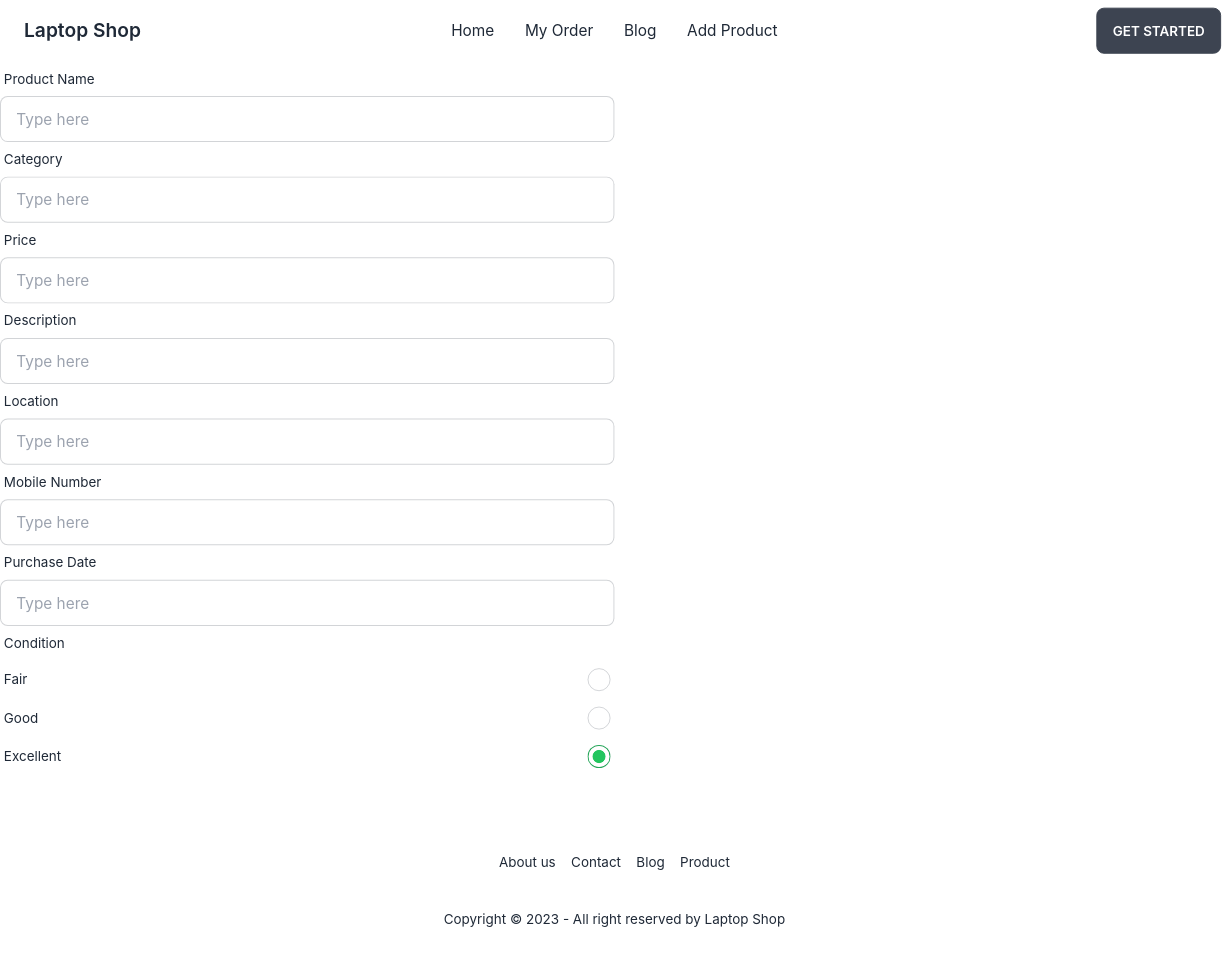
Repository: mdsajib50/E-commerce
Page: /add-product
An editor plug-in stored every save of this project. The page is shown before and after the next save, followed by the edit.
The browser window is 1280 px wide. The pictures show the whole page, at 96% of full size.
The project was rebuilt for these pictures with package versions that can differ from the ones it lists, and the page was loaded fresh each time. Also part of the build but not shown: src/Pages/Home/Banner/Banner.js, src/Pages/Home/Product/ProductCard.js, src/Pages/Home/Product/Product.js, src/Pages/Home/Home/Home.js.

Above is the page before, as saved 2023-01-11 23:14:17.

### src/App.js
import logo from './logo.svg';
import './App.css';
import { RouterProvider } from 'react-router';
import router from './Routes/Router';

function App() {
  return (
    <div className="App">
        <RouterProvider router={router}></RouterProvider>
    </div>
  );
}

export default App;

### src/Routes/Router.js
import React from 'react';
import { createBrowserRouter } from 'react-router-dom';
import Main from '../Layout/Main/Main';
import AddProduct from '../Pages/AddProduct/AddProduct';
import Home from '../Pages/Home/Home/Home';

const router = createBrowserRouter([
    {
        path: '/',
        element: <Main></Main>,
        children:[
            {
                path:'/',
                element:<Home></Home>
            },
            {
                path:'/home',
                element:<Home></Home>
            },
            {
                path: '/add-product',
                element: <AddProduct></AddProduct>
            }
        ]
    }
])

export default router;

### src/Layout/Main/Main.js
import React from 'react';
import { Outlet } from 'react-router';
import Footer from '../../Pages/Shared/Footer/Footer';
import Header from '../../Pages/Shared/Header/Header';

const Main = () => {
    return (
        <div>
            <Header></Header>
            <Outlet></Outlet>
            <Footer></Footer>
        </div>
    );
};

export default Main;

### src/Pages/AddProduct/AddProduct.js
import React from 'react';

const AddProduct = () => {
    return (
        <div className=''>
           <div className='grid grid-cols-1 text-center lg:grid-cols-2 items-center justify-center'>
                <form>
                    <div className="form-control">
                        <label className="label">
                            <span className="label-text">Product Name</span>
                        </label>
                        <input type="text" name='product_name' placeholder="Type here" className="input input-bordered" />
                    </div>
                    <div className="form-control">
                        <label className="label">
                            <span className="label-text">Category</span>
                        </label>
                        <input type="text" name='category' placeholder="Type here" className="input input-bordered" />
                    </div>
                    <div className="form-control">
                        <label className="label">
                            <span className="label-text">Price</span>
                        </label>
                        <input type="text" name='price' placeholder="Type here" className="input input-bordered" />
                    </div>
                    <div className="form-control">
                        <label className="label">
                            <span className="label-text">Description</span>
                        </label>
                        <input type="text" name='description' placeholder="Type here" className="input input-bordered" />
                    </div>
                    <div className="form-control">
                        <label className="label">
                            <span className="label-text">Location</span>
                        </label>
                        <input type="text" name='location' placeholder="Type here" className="input input-bordered" />
                    </div>
                    <div className="form-control">
                        <label className="label">
                            <span className="label-text">Mobile Number</span>
                        </label>
                        <input type="text" name='mobile' placeholder="Type here" className="input input-bordered" />
                    </div>
                    <div className="form-control">
                        <label className="label">
                            <span className="label-text">Purchase Date </span>
                        </label>
                        <input type="text" name='date' placeholder="Type here" className="input input-bordered" />
                    </div>
                    <div className="form-control rounded-xl">
                    <label className="label">
                            <span className="label-text">Condition </span>
                        </label>
                        <div className="form-control">
                            <label className="label cursor-pointer">
                                <span className="label-text">Fair</span>
                                <input type="radio" value='fair' name="condition" className="radio checked:bg-red-500" checked />
                            </label>
                            </div>
                            <div className="form-control">
                            <label className="label cursor-pointer">
                                <span className="label-text">Good</span>
                                <input type="radio" value='good' name="condition" className="radio checked:bg-blue-500" checked />
                            </label>
                        </div>
                            <div className="form-control">
                            <label className="label cursor-pointer">
                                <span className="label-text">Excellent</span>
                                <input type="radio" value='excellent' name="condition" className="radio checked:bg-green-500" checked />
                            </label>
                        </div>
                    </div>
                    </form>
           </div>
        </div>
    );
};

export default AddProduct;

### src/Pages/Shared/Footer/Footer.js
import React from 'react';

const Footer = () => {
    return (
        <footer className="footer footer-center p-10 text-base-content rounded mt-10">
            <div className="grid grid-flow-col gap-4">
                <a className="link link-hover">About us</a>
                <a className="link link-hover">Contact</a>
                <a className="link link-hover">Blog</a>
                <a className="link link-hover">Product</a>
            </div>
            <div>
                <p>Copyright © 2023 - All right reserved by Laptop Shop</p>
            </div>
</footer>
    );
};

export default Footer;

### src/Pages/Shared/Header/Header.js
import React from 'react';
import { Link } from 'react-router-dom';

const Header = () => {
    return (
        <div className="navbar bg-base-100">
        <div className="navbar-start">
            <div className="dropdown">
            <label tabIndex={0} className="btn btn-ghost lg:hidden">
                <svg xmlns="http://www.w3.org/2000/svg" className="h-5 w-5" fill="none" viewBox="0 0 24 24" stroke="currentColor"><path strokeLinecap="round" strokeLinejoin="round" strokeWidth="2" d="M4 6h16M4 12h8m-8 6h16" /></svg>
            </label>
            <ul tabIndex={0} className="menu menu-compact dropdown-content mt-3 p-2 shadow bg-base-100 rounded-box w-52">
                <li><Link to='/home'>Home</Link></li>
                <li><Link to='/myorder'>My Order</Link></li>
                <li><Link to='/blog'>Blog</Link></li>
                <li><Link to='/add-product'>Add A Product</Link></li>
            </ul>
            </div>
            <a className="btn btn-ghost normal-case text-xl">Laptop Shop</a>
        </div>
        <div className="navbar-center hidden lg:flex">
            <ul className="menu menu-horizontal px-1">
                <li><Link to='/home'>Home</Link></li>
                <li><Link to='/myorder'>My Order</Link></li>
                <li><Link to='/blog'>Blog</Link></li>
                <li><Link to='/add-product'>Add Product</Link></li>
            </ul>
        </div>
        <div className="navbar-end">
            <a className="btn">Get started</a>
        </div>
</div>
    );
};

export default Header;

Loaded but not shown: src/index.js (common file); src/index.css (common file); src/reportWebVitals.js (common file); src/App.css (common file); tailwind.config.js (common file)

After the next save:
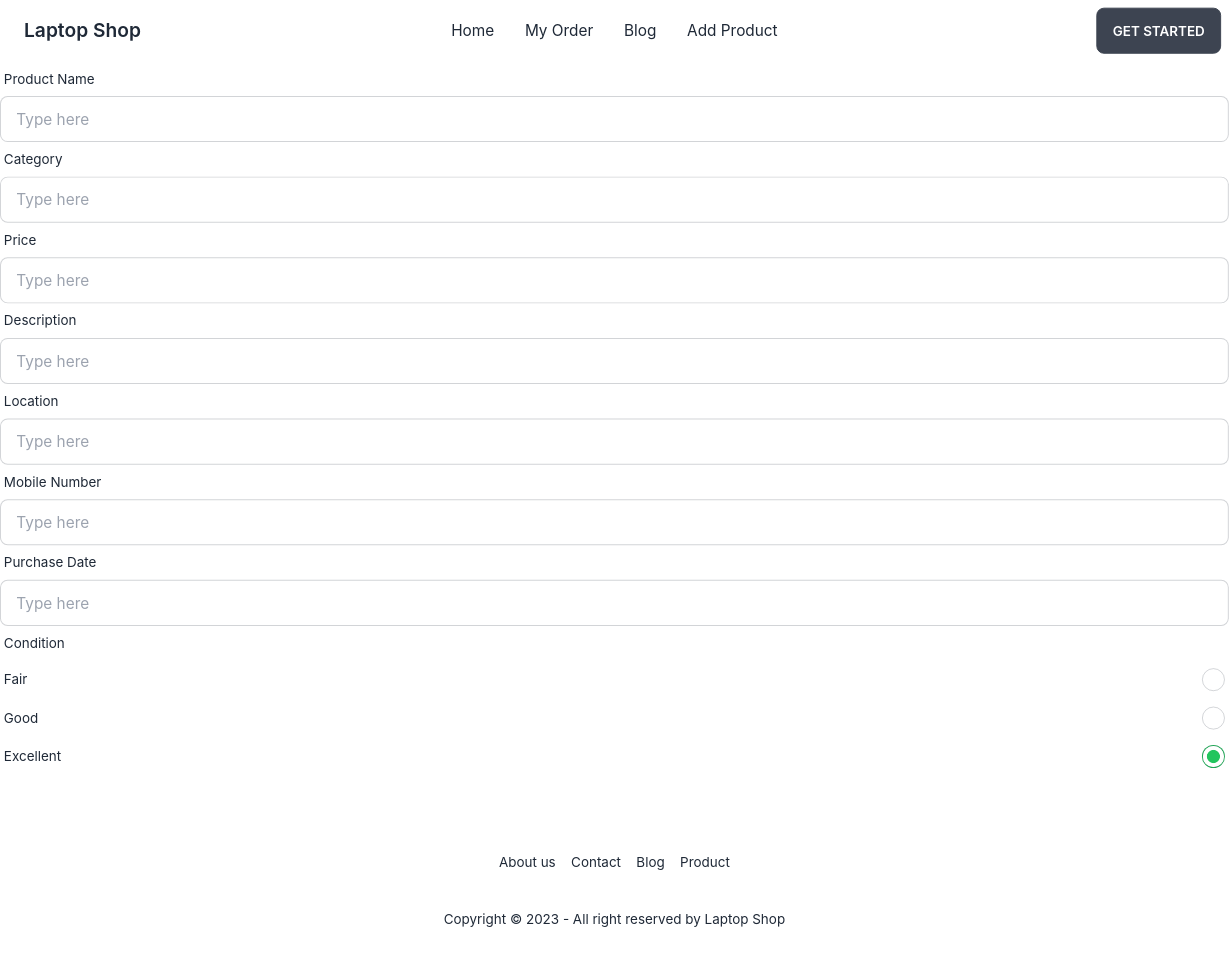
Saved 33 s later.
--- a/src/Pages/AddProduct/AddProduct.js
+++ b/src/Pages/AddProduct/AddProduct.js
@@ -3,7 +3,7 @@
 const AddProduct = () => {
     return (
         <div className=''>
-           <div className='grid grid-cols-1 text-center lg:grid-cols-2 items-center justify-center'>
+           <div className=' text-center lg:grid-cols-2 items-center justify-center'>
                 <form>
                     <div className="form-control">
                         <label className="label">

After the 5 saves that followed:
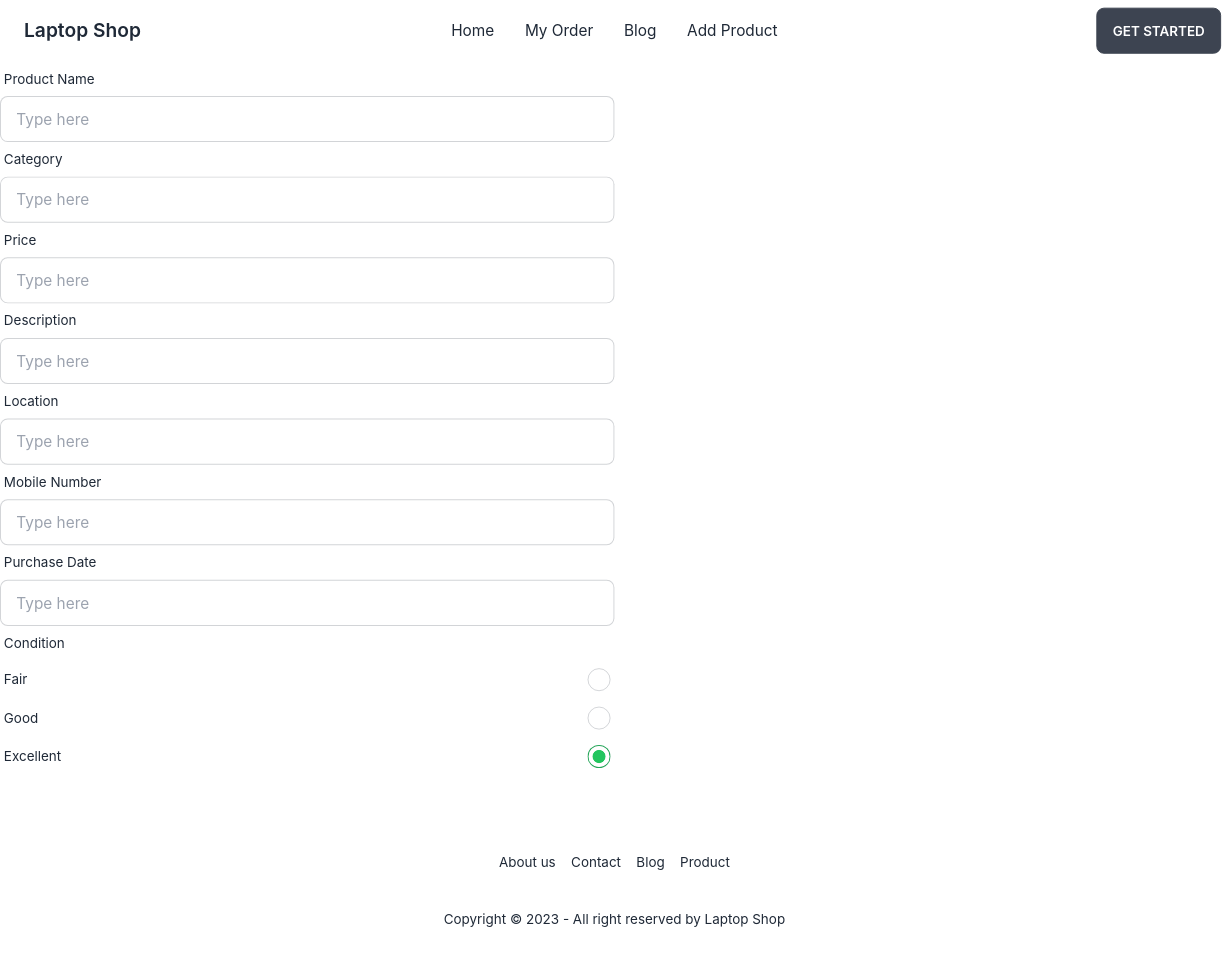
The 5 saves are shown as one change because 3 left the picture as it was and some came seconds apart.
The last was saved 66 s later.
--- a/src/Pages/AddProduct/AddProduct.js
+++ b/src/Pages/AddProduct/AddProduct.js
@@ -3,7 +3,7 @@
 const AddProduct = () => {
     return (
         <div className=''>
-           <div className=' text-center lg:grid-cols-2 items-center justify-center'>
+           <div className=' text-center w-1/2 '>
                 <form>
                     <div className="form-control">
                         <label className="label">
